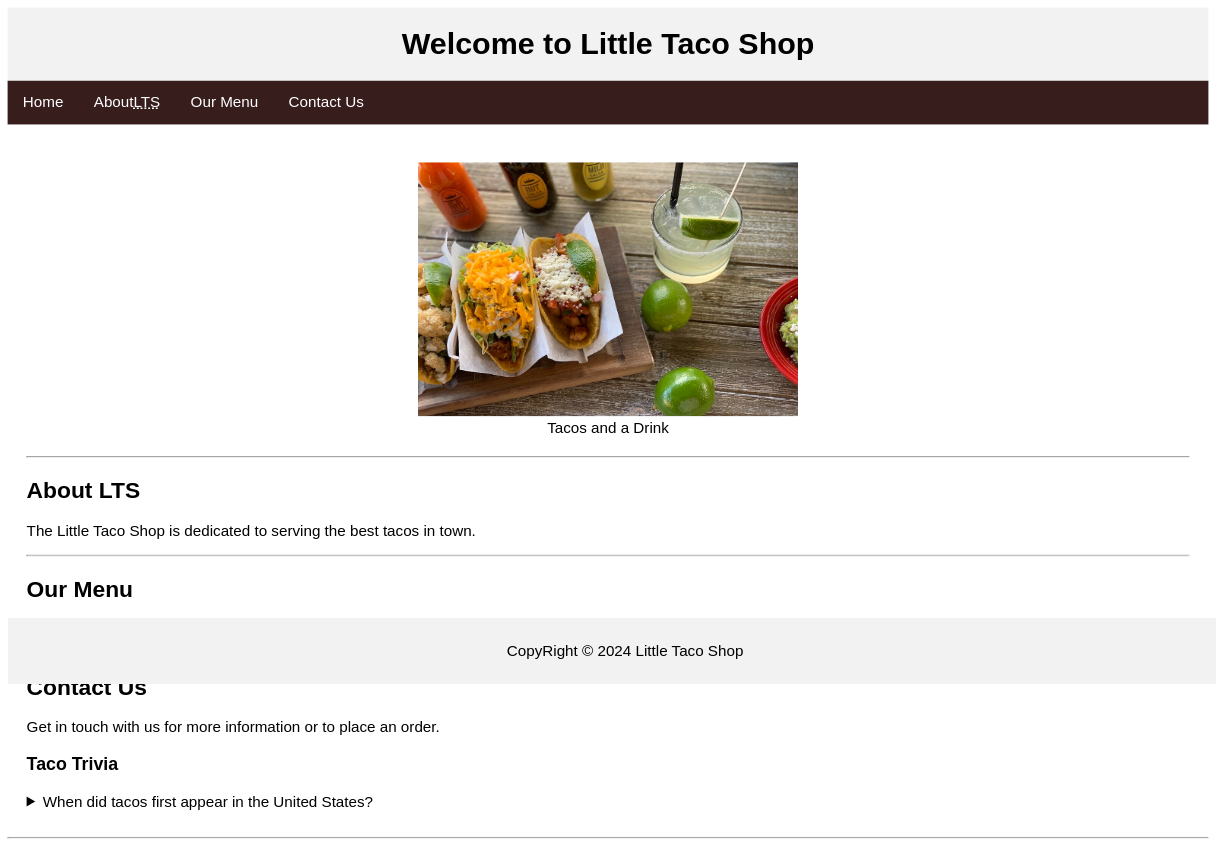
Repository: cavidk/taco_shop-web
Page: html basics/index.html
The author's editor kept a copy of each file at every save. The page is drawn from the files as they stood at one save, then again after the next save.
The browser window is 1280 px wide. The pictures show the whole page, at 95% of full size.

Above is the page before, as saved 2024-06-11 10:16:10.

### html basics/index.html
<!DOCTYPE html>
<html lang="en">

<head>
   <meta charset="UTF-8">
   <meta name="author" content="Paimon">
   <meta name="description" content="The official website for Little Taco Shop">
   <title>The Little Taco Shop</title>
   <link rel="icon" href="icons8-star-100.png" type="image">
   <link rel="stylesheet" href="css/style.css">
   </head>
   <body>
      <header>
         <h1>Welcome to Little Taco Shop</h1>
         <nav>
            <ul>
               <li>
                  <a href="#home">Home</a>
               </li>
               <li>
                  <a href="#about">About<abbr title="The Little Taco Shop">LTS</abbr></a>
               </li>
               <li>
                  <a href="#menu">Our Menu</a>
               </li>
               <li>
                  <a href="contact.html">Contact Us</a>
               </li>
            </ul>
         </nav>
      </header>
      <main>
         <section id="home">
            <figure>
               <img width="400" height="267" src="images/image-24.jpeg" alt="This is a Drink with taco" title="We love tacos">
               <figcaption>
                  Tacos and a Drink
               </figcaption>
            </figure>
         </section>
         <hr>
         <section id="about">
            <h2>About LTS</h2>
            <p>The Little Taco Shop is dedicated to serving the best tacos in town.</p>
         </section>
         <hr>
         <section id="menu">
            <h2>Our Menu</h2>
            <p>Check out our delicious menu filled with a variety of tacos and drinks.</p>
         </section>
         <hr>
         <section id="contact">
            <h2>Contact Us</h2>
            <p>Get in touch with us for more information or to place an order.</p>
         </section>
         <aside>
            <h3>Taco Trivia</h3>
            <details>
               <summary>
                  When did tacos first appear in the United States?
               </summary>
               <p>
                  Tacos first appeared in the United States in the 19th century. The first known mention of a taco in the
                  United States is from 1905, in a newspaper. Tacos were introduced to the United States by Mexican
                  <time datetime="1905">1905</time>
               </p>
            </details>
         </aside>
      </main>
      <hr>
      <footer>
         <p>
            CopyRight &copy; 2024 Little Taco Shop
         </p>
      </footer>
   </body>

   </html>

### html basics/css/style.css
body {
   font-family: Arial, sans-serif;
   justify-content: center;
}

nav {
   background-color: #381d1d;
   overflow: hidden;
}

nav ul {
   list-style-type: none;
   margin: 0;
   padding: 0;
}

nav ul li {
   float: left;
}

nav ul li a {
   display: block;
   color: white;
   text-align: center;
   padding: 14px 16px;
   text-decoration: none;
}

nav ul li a:hover {
   background-color: #111;
}

header h1 {
   margin: 0;
   padding: 20px;
   text-align: center;
   background-color: #f2f2f2;
}

main {
   padding: 20px;
}

footer {
   text-align: center;
   padding: 10px;
   background-color: #f2f2f2;
   position: fixed;
   bottom: 0;
   width: 100%;
}

figure {
   text-align: center;
   margin: 20px 0;
}

After the next save:
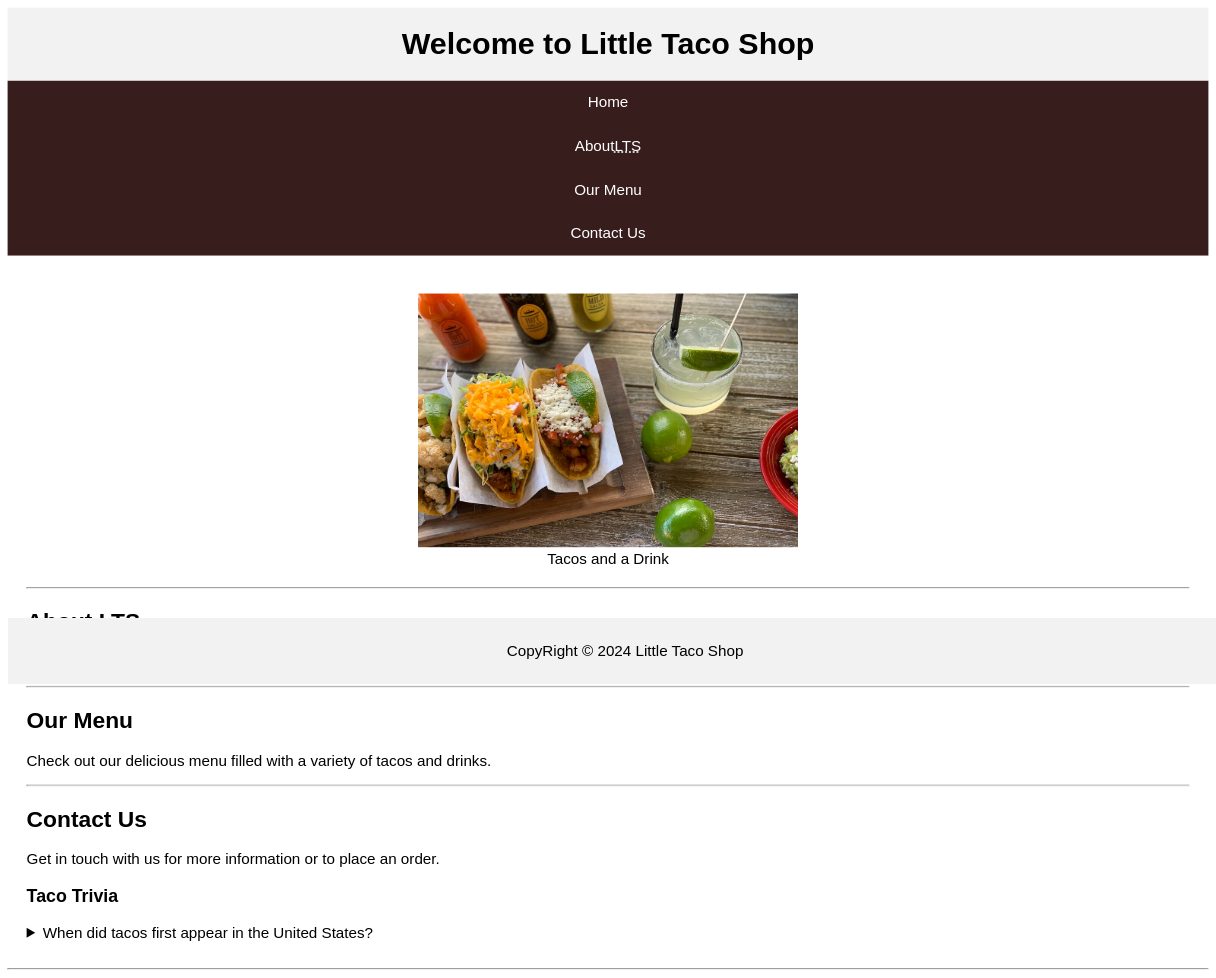
Saved 19 s later.
--- a/html basics/css/style.css
+++ b/html basics/css/style.css
@@ -1,6 +1,5 @@
 body {
    font-family: Arial, sans-serif;
-   justify-content: center;
 }
 
 nav {
@@ -15,7 +14,7 @@
 }
 
 nav ul li {
-   float: left;
+   float: center;
 }
 
 nav ul li a {

After the save that followed:
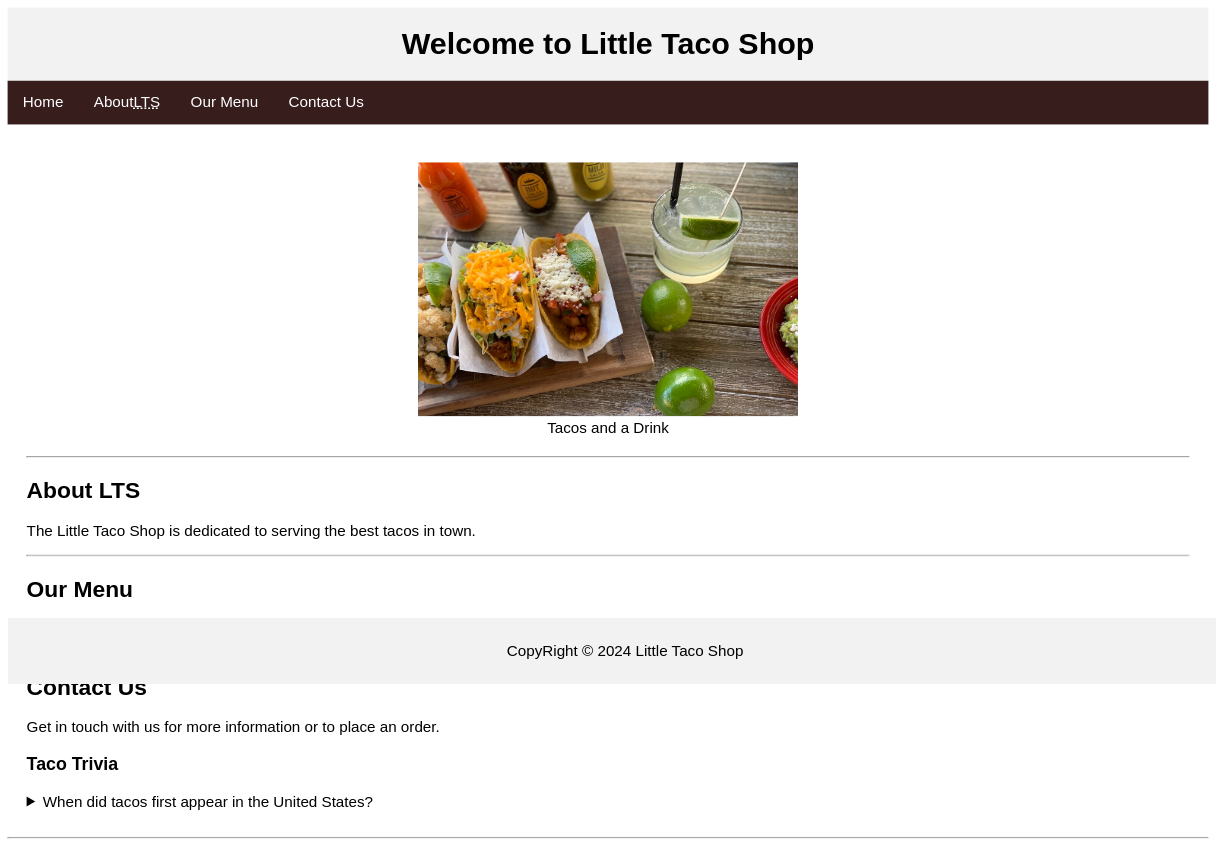
Saved 13 s later.
--- a/html basics/css/style.css
+++ b/html basics/css/style.css
@@ -14,7 +14,7 @@
 }
 
 nav ul li {
-   float: center;
+   float: left;
 }
 
 nav ul li a {
